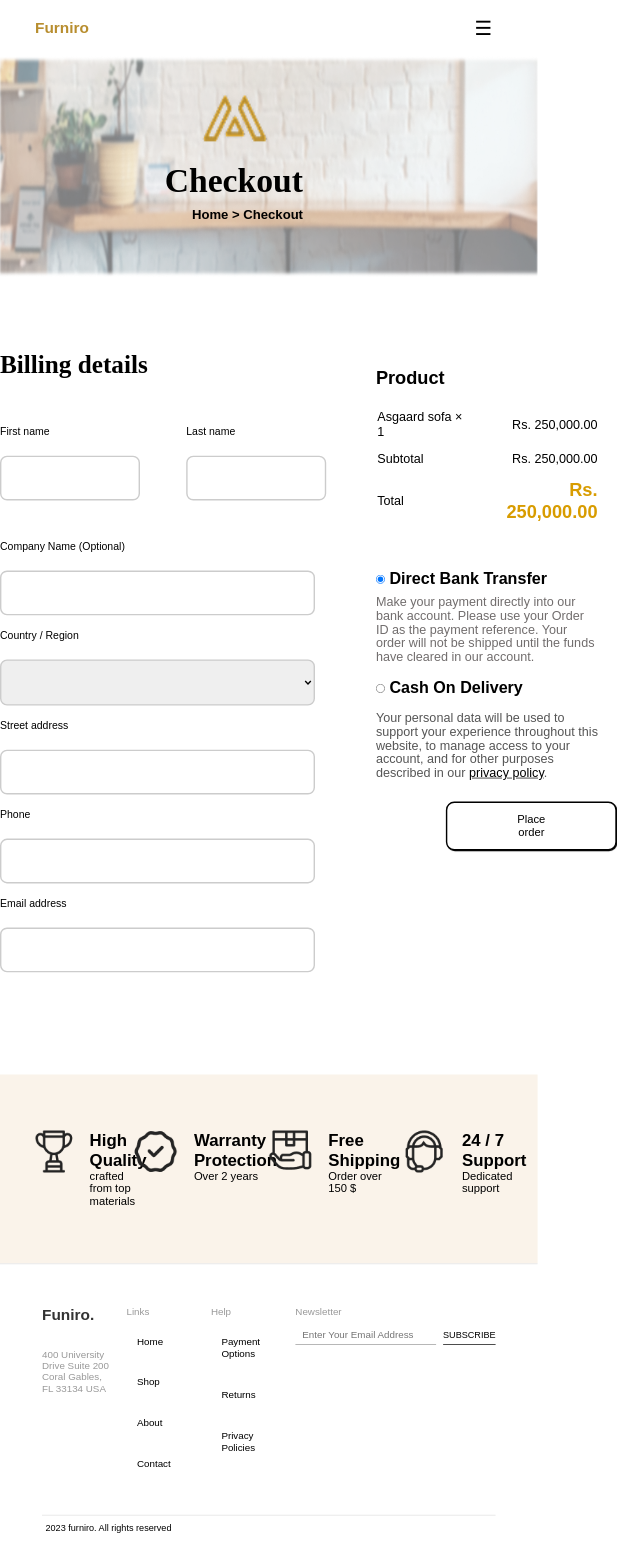
Repository: Ali1Kh/Furniro-ITI
Page: pages/checkout.html
These files come from the project's save history. The page is drawn as it stood at one moment and after a run of saves; the edit follows.
The browser window is 768 px wide. The page is 881 px wide, so the pictures cover 881 px, including what lies to the right of the window. The pictures show the whole page, at 70% of full size.

Above is the page before, as saved 2025-07-19 19:56:58.

### pages/checkout.html
<!DOCTYPE html>
<html lang="en">

<head>
  <meta charset="UTF-8">
  <meta name="viewport" content="width=device-width, initial-scale=1.0">
  <title>CheckOut</title>
  <link rel="shortcut icon" href="../assets/icons/Logo.png" type="image/x-icon">
  <link rel="stylesheet" href="../styles/index.css">
  <link rel="stylesheet" href="../styles/checkout.css">
</head>

<body>

  <nav>
    <!-- Navigation -->
    <div class="navBar">
      <div class="text">
        <p>Furniro</p>
      </div>

      <div class="menu-icon" onclick="toggleSidebar()">☰</div>

      <div class="navBarLinks">
        <ul>
          <li><a href="/pages/home.html">Home</a></li>
          <li><a href="/pages/shop.html">Shop</a></li>
          <li><a href="/">About</a></li>
          <li><a href="/pages/contact.html">Contact</a></li>
        </ul>
      </div>

     <div class="navBarIcons">
        <a href="/pages/Compare.html"><i class="fa-solid fa-user"></i></a>
        <a href="/pages/shop.html"><i class="fa-solid fa-magnifying-glass"></i></a>
        <a href="/"><i class="fa-solid fa-heart"></i></a>
        <a href="/pages/checkout.html"><i class="fa-solid fa-cart-plus"></i></a>
      </div>
    </div>


    <!-- Sidebar for mobile -->
    <div class="sidebar" id="sidebar">
      <a href="" onclick="toggleSidebar()">✖</a>
      <a href="">Home</a>
      <a href="/pages/shop.html">Shop</a>
      <a href="/">About</a>
      <a href="/pages/contact.html">Contact</a>
    </div>
  </nav>

  <main class="checkout">
    <div id="home">
      <div class="img-conteaner">
        <img src="../assets/img/Rectangle 1.png" alt="">

        <div class="text-conteaner">
          <img src="../assets/icons/Logo.png" alt="" style="width: 100px;height: 77px;margin-top: -80px; left: 1px; ">
          <h2 style="font-size: 48px; font-family: Poppins; top: 20px;">Checkout</h2>
          <h3 style="top: 30px;left: -11px; "><span style="width: 48;height: 24;top: 295px;left: 660px; ">Home ></span>
            Checkout</h3>
        </div>
      </div>
    </div>

    <div id="content">
      <div class="form">
        <h1 style="font-family: Poppins;font-weight: 600;font-style: SemiBold;font-size: 36px;">Billing details</h1>
        <br><br>
        <form>
          <div class="input" style="width: 200px;">
            <label>First name</label><br>
            <input type="text" name="firatname" id="firatname">
          </div>

          <div class="input" style="width: 200px; position: relative;bottom: 127px;left: 266px;">
            <label>Last name</label><br>
            <input type="text" name="lastname" id="lastname">
          </div>

          <div class="input" style="position: relative; bottom: 90px; width: 450px;">
            <label>Company Name (Optional)</label><br>
            <input type="text" name="Companyname(Optional)" id="Companyname(Optional)">
          </div>

          <div class="input" style="position: relative; bottom: 90px; width: 450px;">
            <label>Country / Region</label><br>
            <select>
              <option></option>
              <option>UK</option>
              <option>Argantina</option>
              <option>Brasil</option>
              <option>Egypt</option>
              <option>USA</option>
            </select>
          </div>

          <div class="input" style="position: relative; bottom: 90px; width: 450px;">
            <label>Street address</label><br>
            <input type="text" name="Streetaddress" id="Streetaddress">
          </div>

          <div class="input" style="position: relative; bottom: 90px; width: 450px;">
            <label>Phone</label><br>
            <input type="number" name="Phone" id="Phone">
          </div>

          <div class="input" style="position: relative; bottom: 90px; width: 450px;">
            <label>Email address</label><br>
            <input type="email" name="Emailaddress" id="Emailaddress">
          </div><br><br>

        </form>
      </div>
      <div class="table">
        <div class="order-summary">
          <h2>Product</h2>
          <table>
            <tr>
              <td>Asgaard sofa × 1</td>
              <td style="text-align: right;">Rs. 250,000.00</td>
            </tr>
            <tr>
              <td>Subtotal</td>
              <td style="text-align: right;">Rs. 250,000.00</td>
            </tr>
            <tr>
              <td>Total</td>
              <td style="text-align: right;" class="total">Rs. 250,000.00</td>
            </tr>
          </table><br><br>

          <div class="payment-methods">
            <label><input type="radio" name="payment" checked> Direct Bank Transfer</label>
            <p>
              Make your payment directly into our bank account. Please use your Order ID as the payment reference. Your
              order will not be shipped until the funds have cleared in our account.
            </p>

            <label><input type="radio" name="payment"> Cash On Delivery</label>
          </div>

          <div class="privacy">
            Your personal data will be used to support your experience throughout this website, to manage access to your
            account, and for other purposes described in our <a href="#">privacy policy</a>.
          </div>

          <button class="btn">Place order</button>
        </div>
      </div>
    </div>

    <div id="quality">
      <div class="1"
        style="display: flex; gap: 1.5rem; padding-top: 80px; padding-bottom: 80px;width: 25%;padding-left: 50px;">
        <div class="l"><img src="../assets/icons/Group copy.png" alt=""></div>
        <div class="r">
          <h2>High Quality</h2>
          <p>crafted from top materials</p>
        </div>

      </div>
      <div class="2" style="display: flex; gap: 1.5rem; padding-top: 80px; padding-bottom: 80px;width: 25%;">
        <div class="l"><img src="../assets/icons/Group (2).png" alt=""></div>
        <div class="r">
          <h2>Warranty Protection</h2>
          <p>Over 2 years</p>
        </div>

      </div>
      <div class="3" style="display: flex; gap: 1.5rem; padding-top: 80px; padding-bottom: 80px;width: 25%;">
        <div class="l"><img src="../assets/icons/Vector (2).png" alt=""></div>
        <div class="r">
          <h2>Free Shipping</h2>
          <p>Order over 150 $</p>
        </div>

      </div>
      <div class="4" style="display: flex; gap: 1.5rem; padding-top: 80px; padding-bottom: 80px;width: 25%;">
        <div class="l"><img src="../assets/icons/customer-support.png" alt=""></div>
        <div class="r">
          <h2>24 / 7 Support</h2>
          <p>Dedicated support</p>
        </div>

      </div>

    </div>
  </main>

  <footer class="footer">
    <div class="footer-container">
      <div class="footer-sec">
        <h2 class="logo">Funiro.</h2>
        <p style="padding-top: 20px;">400 University Drive Suite 200 Coral Gables,<br>FL 33134 USA</p>
      </div>

      <div class="footer-sec">
        <h4>Links</h4>
        <ul>
          <li><a href="#">Home</a></li>
          <li><a href="#">Shop</a></li>
          <li><a href="#">About</a></li>
          <li><a href="#">Contact</a></li>
        </ul>
      </div>

      <div class="footer-sec">
        <h4>Help</h4>
        <ul>
          <li><a href="#">Payment Options</a></li>
          <li><a href="#">Returns</a></li>
          <li><a href="#">Privacy Policies</a></li>
        </ul>
      </div>

      <div class="footer-sec new">
        <h4>Newsletter</h4>
        <div class="subscribe">
          <input type="email" placeholder="Enter Your Email Address">
          <button>SUBSCRIBE</button>
        </div>
      </div>
    </div>

    <div class="footer-bottom">
      <p>2023 furniro. All rights reserved</p>
    </div>
  </footer>

  <script src="../scripts/index.js"></script>

</body>

</html>

### styles/index.css
:root {
  --mainColor: #feeed8;
}

* {
  margin: 0;
  padding: 0;
  box-sizing: border-box;
}

body {
  font-family: "Poppins", sans-serif;
}

.navBar img {
  display: inline;
}

.navBar {
  width: 100%;
  height: 80px;
  display: flex;
  justify-content: space-between;
  align-items: center;
  padding: 0 50px;
  background-color: #fff;
  z-index: 1000;
  position: sticky;
  top: 0;
}

.navBarLinks ul {
  list-style: none;
  display: flex;
  gap: 60px;
}

.navBarLinks a {
  text-decoration: none;
  font-size: 18px;
  color: black;
}

.navBarIcons {
  display: flex;
  gap: 30px;
}

.text p {
  font-weight: bold;
  font-size: 22px;
  color: #b88e2f;
}

/* Sidebar for mobile */
.sidebar {
  height: 100%;
  width: 0;
  position: fixed;
  background-color: #8d8d8d;
  overflow-x: hidden;
  transition: 0.3s;
  padding-top: 60px;
  z-index: 999;
}
.sidebar a {
  padding: 12px 20px;
  text-decoration: none;
  font-size: 20px;
  color: white;
  display: block;
}
.sidebar a:hover {
  background-color: #444;
}

.menu-icon {
  font-size: 28px;
  cursor: pointer;
  display: none;
  padding: 15px;
}

/* Quality */

#quality {
  display: flex;
  background-color: rgba(250, 243, 234, 1);
  width: 100%;
}

/* Page Header */

#pageHeader .imge {
  position: relative;
  width: 100%;
  height: auto;
}

#pageHeader .imge img {
  width: 100%;
  height: auto;
  display: block;
}

#pageHeader .adresIn {
  position: absolute;
  top: 50%;
  left: 50%;
  transform: translate(-50%, -50%);
  color: black;
  text-align: center;
}

#pageHeader .mainP1 {
  font-size: 48px;
}
#pageHeader .scoundP1 {
  font-size: 16px;
}

.footerBox {
  height: 400px;
  width: 100%;
}
.with-line::before,
.with-line::after {
  content: "";
  display: block;
  height: 1px;
  background-color: #c6c6c6;
  margin: 20px auto;
  width: 100%;
}

.with-line::after {
  width: 82%;
}

.infoterbox {
  margin-left: 100px;
  margin-right: 100px;
  display: grid;
  grid-template-columns: 1fr 1fr 1fr 1.5fr;
  gap: 20px;
  padding: 30px;
  color: white;

  height: 100%;
}

.mainFooterBar {
  font-weight: bold;
  font-size: 24px;
  color: #000;
}
.scoundFooterBar {
  font-size: 16px;
  font-weight: 300;
  color: #9f9f9f;
  position: relative;
  top: 40px;
}

.prgraphF {
  position: relative;
  top: 54px;
}

.infoterboxLM a,
.infoterboxRM a {
  display: block;
  margin-top: 55px;
  text-decoration: none;
  color: #000;
  width: 70%;
}

.infoterboxLM p,
.infoterboxRM p,
.prgraphFF p {
  font-size: 16px;
  font-weight: 300;
  color: #9f9f9f;
}

.SUBSCRIBE {
  position: relative;
  top: 53px;
}

.SUBSCRIBE button {
  font-size: 14px;
  font-weight: bold;
  width: 85px;
  height: 21px;
  border: none;
  border-bottom: 1px solid black;
  margin-left: 15px;
  background-color: white;

  cursor: pointer;
}

.SUBSCRIBE input {
  font-size: 14px;
  width: 200px;
  height: 21px;
  color: #9f9f9f;
  border: none;
  border-bottom: 1px solid black;
}

.SUBSCRIBE input:focus {
  outline: none;
}

@media (max-width: 768px) {
  .navBarLinks {
    display: none;
  }
  .menu-icon {
    display: block;
  }
  .navBarIcons {
    display: none;
  }
}

@media (max-width: 767px) {
  .navBarIcons {
    display: none;
  }
}

### styles/checkout.css
* {
  margin: 0;
  padding: 0;
}
.checkout ul {
  list-style: none;
}

.checkout a {
  text-decoration: none;
}

/* start header */

#header {
  background-color: rgb(250, 245, 240);
  border: 1px solid #ccc;
  width: 100%;
  height: 90px;
}
#header .navbar {
  display: flex;
  justify-content: space-between;
  align-items: center;
}
#header .navbar .logo {
  display: flex;
  width: 185;
  height: 41;
  opacity: 1;
  top: 29px;
  left: 54px;
  gap: 5px;
}
#header .navbar img {
  width: 185;
  height: 41px;
  top: 29px;
  left: 54px;
  gap: 5px;
}

/* #header .navbar .imgs{
    width: 300px;
    display: flex;
    position: relative;
    bottom: 10px;
} */

#header .navbar ul {
  display: flex;
}
#header .navbar ul li a {
  position: relative;
  color: black;
  font-size: 25px;
  margin: 0 20px;
  font-weight: bold;
  transition: 0.3s ease;
  bottom: 15px;
}
#header .navbar ul li a:hover {
  color: bisque;
}

/* finish header */

.img-conteaner {
  position: relative;
  width: 100%;
}

.img-conteaner img {
  width: 100%;
  height: 316px;
  top: 100px;
}

.text-conteaner {
  position: absolute;
  top: 50%;
  left: 50%;
  transform: translate(-50%, -50%);
}
.text-conteaner h3 {
  position: relative;
  bottom: 90px;
  left: 40px;
}
.text-conteaner h2 {
  position: relative;
  bottom: 90px;
  left: -50px;
}

#content {
  display: flex;
  justify-content: space-between;
  gap: 8rem;
  max-width: 1240px;
  margin: auto;
  padding-top: 100px;
}

.form {
  width: 50%;
}

.form h1 {
  font-size: 36px;
  font-weight: 600;
  margin-bottom: 30px;
}

form label {
  font-weight: 500;
  margin-bottom: 8px;
  display: block;
  font-size: 15px;
}

form input,
form select {
  width: 100%;
  padding: 22px;
  border: 2px solid #ccc;
  border-radius: 10px;
  font-size: 14px;
}

.input {
  margin-bottom: 20px;
}

.table {
  width: 48%;
}

.order-summary {
  padding: 25px;
}

.order-summary h2 {
  font-size: 26px;
  margin-bottom: 20px;
}

.order-summary table {
  width: 100%;
  margin-bottom: 20px;
}

.order-summary table td {
  padding: 8px 0;
  font-size: 18px;
}

.order-summary .total {
  font-weight: bold;
  color: #d89c00;
  font-size: 26px;
}

.payment-methods label {
  display: block;
  margin-bottom: 10px;
  font-weight: bold;
  font-size: 23px;
}

.payment-methods p {
  font-size: 18px;
  color: #716d6d;
  margin: 10px 0 20px;
  line-height: 1.1;
}

.privacy {
  font-size: 18px;
  color: #555;
  margin: 20px 0;
  line-height: 1.1;
}

.privacy a {
  text-decoration: underline;
  color: black;
}

.btn {
  padding: 15px 100px;
  background: #fff;
  border: 2px solid black;
  border-radius: 12px;
  font-size: 16px;
  transition: 0.3s ease;
  margin-left: 100px;
  margin-top: 10px;
  box-shadow: 1px 1px 1px black;
}

.btn:hover {
  background-color: #babd8e;
}

.footer {
  background-color: #fff;
  padding: 40px 60px 20px;
  border-top: 1px solid #e0e0e0;
  color: #333;
}

.footer-container {
  display: flex;
}

.footer-sec {
  flex: 1 1 200px;
  margin: 20px 0;
}

.footer-sec h2.logo {
  font-size: 22px;
  font-weight: 700;
  margin-bottom: 15px;
}

.footer-sec h4 {
  font-size: 14px;
  font-weight: 500;
  color: #999;
  margin-bottom: 10px;
}

.footer-sec ul {
  list-style: none;
  padding: 0;
  margin: 0;
}

.footer-sec ul li {
  margin-bottom: 10px;
  padding: 15px;
}

.footer-sec ul li a {
  text-decoration: none;
  color: #000;
  font-size: 14px;
}

.footer-sec p {
  color: #999;
  font-size: 14px;
}

.new .subscribe {
  display: flex;
  gap: 10px;
  margin-top: 10px;
}

.new input {
  padding: 6px 10px;
  font-size: 14px;
  border: none;
  border-bottom: 1px solid #999;
  outline: none;
}

.new button {
  background: none;
  border: none;
  border-bottom: 1px solid #000;
  color: #000;
  font-size: 13px;
  font-weight: 500;
}

.footer-bottom {
  border-top: 1px solid #e0e0e0;
  padding: 5px;
  margin-top: 20px;
  padding-top: 10px;
  text-align: left;
  font-size: 13px;
  color: #000;
}

### scripts/index.js
function toggleSidebar() {
  const sidebar = document.getElementById("sidebar");
  if (sidebar.style.width === "250px") {
    sidebar.style.width = "0";
  } else {
    sidebar.style.width = "250px";
  }
}

After the next 2 saves:
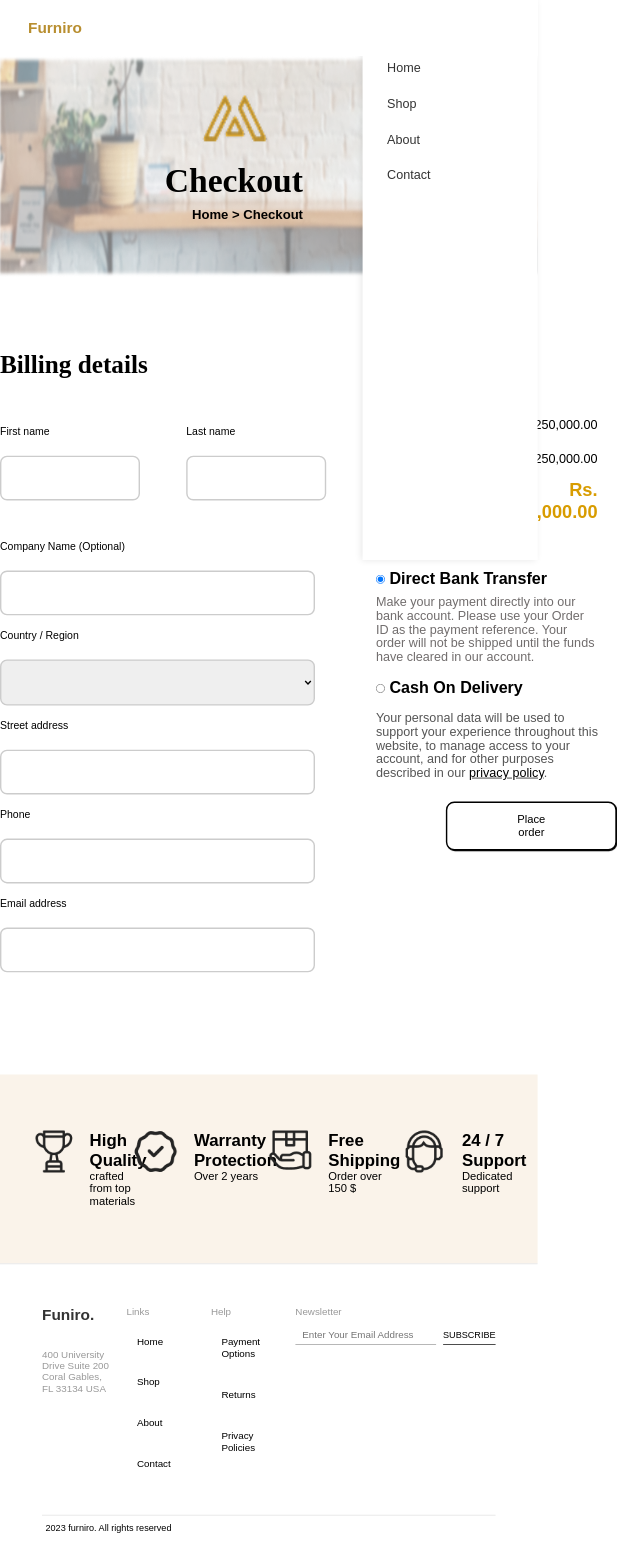
The 2 saves are shown as one change because they came seconds apart.
The last was saved 26 min 37 s later.
--- a/styles/checkout.css
+++ b/styles/checkout.css
@@ -286,3 +286,61 @@ form select {
   font-size: 13px;
   color: #000;
 }
+
+
+.navBar {
+  display: flex;
+  justify-content: space-between;
+  align-items: center;
+  padding: 20px 40px;
+  flex-wrap: wrap;
+}
+
+.navBar .menu-icon {
+  display: none;
+  font-size: 28px;
+  cursor: pointer;
+}
+
+.navBarLinks ul,
+.navBarIcons {
+  display: flex;
+  gap: 15px;
+}
+
+.sidebar {
+  display: none;
+  position: fixed;
+  top: 0;
+  right: 0;
+  background-color: white;
+  width: 250px;
+  height: 100%;
+  padding: 20px;
+  z-index: 999;
+  flex-direction: column;
+  box-shadow: -2px 0 10px rgba(0,0,0,0.1);
+}
+
+.sidebar a {
+  display: block;
+  padding: 15px;
+  font-size: 18px;
+  color: #333;
+  text-decoration: none;
+}
+
+@media (max-width: 768px) {
+  .navBarLinks,
+  .navBarIcons {
+    display: none;
+  }
+
+  .menu-icon {
+    display: block;
+  }
+
+  .sidebar {
+    display: flex;
+  }
+}
